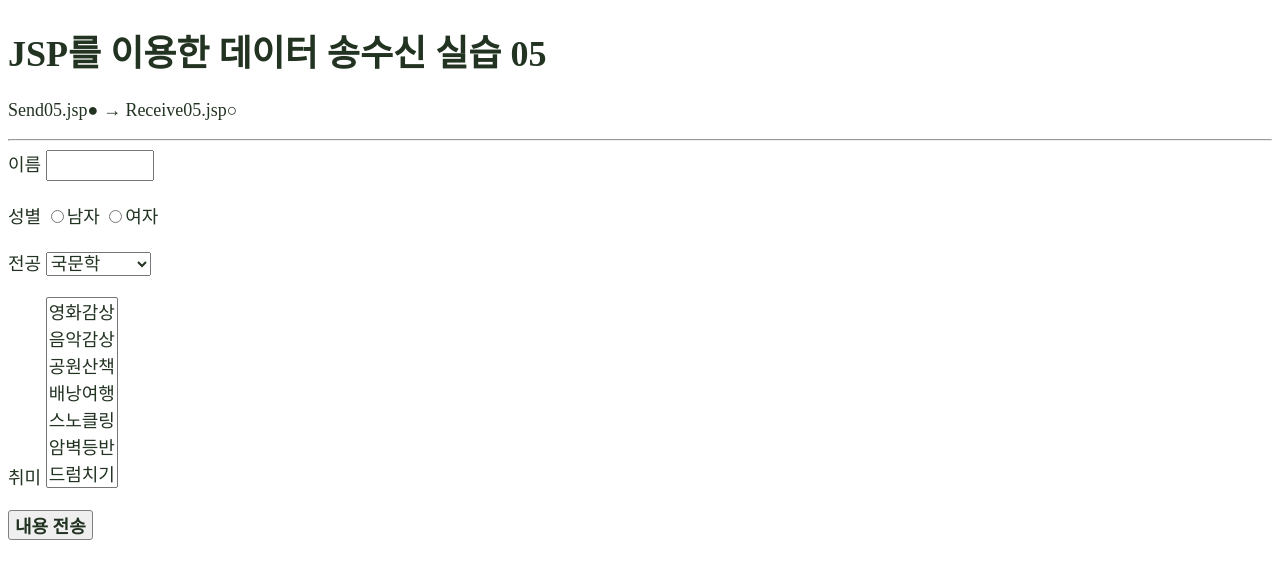
Repository: god5228god/Jsp
Page: http://localhost/WebApp06/Send05.jsp
These files come from the project's save history. The page is drawn as it stood at one moment and after the next save; the edit follows.
The browser window is 1280 px wide. The pictures show the whole page.
The page is served by Tomcat 9.

Above is the page before, as saved 2026-03-03 02:34:54.

### WebApp06/WebContent/Send05.jsp
<%@ page contentType="text/html; charset=UTF-8"%>
<!DOCTYPE html>
<html>
<head>
<meta charset="UTF-8">
<title>Send05.jsp</title>
<link rel="stylesheet" type="text/css" href="css/main.css" />
<style type="text/css">
.txt{width: 100px; height: 25px;}
</style>
</head>
<body>

<div>
	<h1>JSP를 이용한 데이터 송수신 실습 05</h1>
	<p>Send05.jsp● → Receive05.jsp○</p>
	<hr />
</div>

<div>
	<form action="Receive05.jsp" method="get">
		이름
		<input type="text" name="name" class="txt" />
		<br><br>

		성별
		<label>
			<input type="radio" name="gender" value="M" />남자
		</label>
		<label>
			<input type="radio" name="gender" value="F" />여자
		</label>
		<br><br>

		전공
		<select name="major">
			<option value="국문학">국문학</option>
			<option value="영문학">영문학</option>
			<option value="컴퓨터공학">컴퓨터공학</option>
			<option value="수학">수학</option>
			<option value="신문방송학">신문방송학</option>
			<option value="경영학">경영학</option>
		</select>
		<br><br>

		취미
		<select name="hobby" size="7"  multiple="multiple">
			<option value="영화감상">영화감상</option>
			<option value="음악감상">음악감상</option>
			<option value="공원산책">공원산책</option>
			<option value="배낭여행">배낭여행</option>
			<option value="스노클링">스노클링</option>
			<option value="암벽등반">암벽등반</option>
			<option value="드럼치기">드럼치기</option>
		</select>
		<br><br>

		<input type="submit" value="내용 전송" class="btn control"/>

	</form>
</div>

</body>
</html>

### WebApp06/WebContent/css/main.css
@charset "UTF-8";

*
{
	color: #223322;
	font-family: 나눔고딕코딩;
}

body, p, div, span, input, table, th, td, select
{
	font-size: 18px;
}

.control
{
	border: 1px solid gray;
	border-radius: 3px ;
}

.table
{
	border-collapse: collapse;
	width: 100%;
}

.table th, .table td
{
	border: 1px solid gray;
	border-left: 0;
	border-right: 0;
	padding: 3px;
	line-height: 150%;
}

.table th
{
	font-weight: bold;
	background-color: #eee;
}

.btn
{
	font-weight: bold;
	font-family: 맑은 고딕;

}

.btn:hover
{
	color: #fff;
	background-color: #778877;
}
input[type="text"]:focus
{
	background-color: #dcfccf;
}

After the next save:
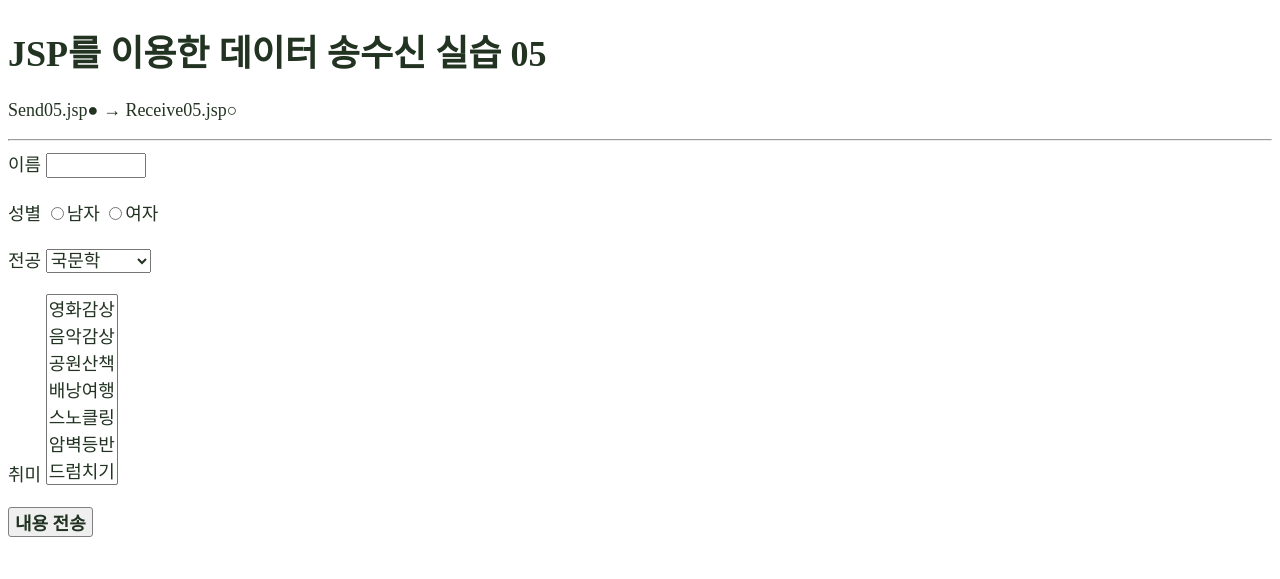
Saved 15 s later.
--- a/WebApp06/WebContent/Send05.jsp
+++ b/WebApp06/WebContent/Send05.jsp
@@ -6,7 +6,7 @@
 <title>Send05.jsp</title>
 <link rel="stylesheet" type="text/css" href="css/main.css" />
 <style type="text/css">
-.txt{width: 100px; height: 25px;}
+.txt{width: 100px; height: 25px; padding-left: 10px; box-sizing: border-box;}
 </style>
 </head>
 <body>
